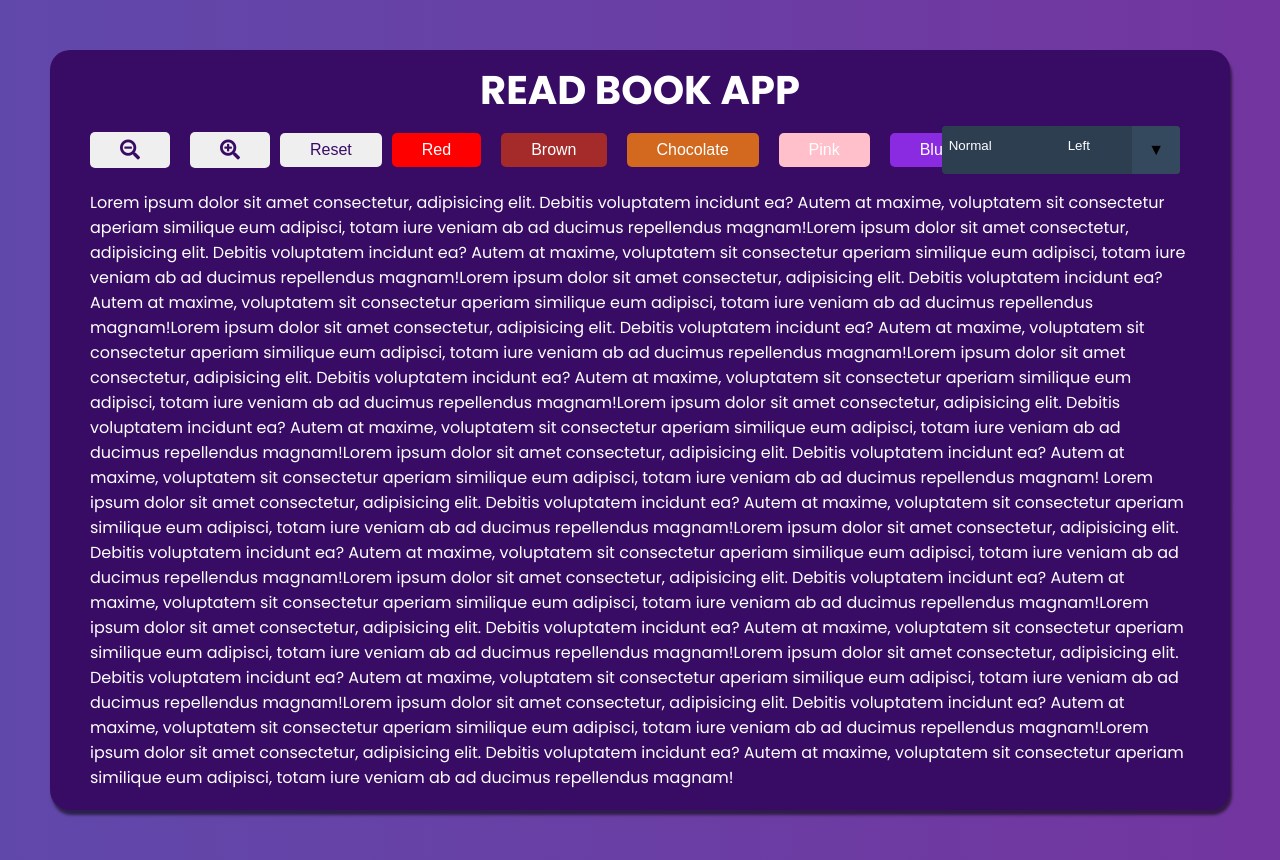
Repository: dinhconglam2306/frontend_tu_xa
Page: b09/02-reading-info/index.html
These files come from the project's save history. The page is drawn as it stood at one moment and after the next save; the edit follows.
The browser window is 1280 px wide. The pictures show the whole page.
Some web libraries are served in a nearby version. The style sheet was rebuilt from its Sass, Less or Tailwind sources for each picture, by a compiler version that may differ from the author's.

Above is the page before, as saved 2021-04-25 07:31:41.

### b09/02-reading-info/index.html
<!DOCTYPE html>
<html lang="en">
  <head>
    <meta charset="UTF-8" />
    <meta http-equiv="X-UA-Compatible" content="IE=edge" />
    <meta name="viewport" content="width=device-width, initial-scale=1.0" />
    <title>Document</title>
    <link rel="stylesheet" href="css/style.css" />
    <link
      rel="stylesheet"
      href="https://pro.fontawesome.com/releases/v5.10.0/css/all.css"
      integrity="sha384-AYmEC3Yw5cVb3ZcuHtOA93w35dYTsvhLPVnYs9eStHfGJvOvKxVfELGroGkvsg+p"
      crossorigin="anonymous"
    />
    <link rel="preconnect" href="https://fonts.gstatic.com" />
    <link
      href="https://fonts.googleapis.com/css2?family=Poppins:wght@100;300;400;500;700&display=swap"
      rel="stylesheet"
    />
  </head>
  <body>
    <div class="app">
      <h1 class="app__title">Read Book App</h1>
      <div class="app-controls">
        <div class="app-controls-zoom">
          <button class="app-controls-zoom__button" data-value="zoom-in">
            <i class="fas fa-search-minus app-controls-zoom__button-icon"></i>
          </button>
          <button class="app-controls-zoom__button" data-value="zoom-out">
            <i class="fas fa-search-plus app-controls-zoom__button-icon"></i>
          </button>
        </div>

        <div class="app-controls-bg">
          <button class="app-controls-bg__reset">Reset</button>
          <button
            class="app-controls-bg__color app-controls-bg__color-red"
            data-color="red"
          >
            Red
          </button>
          <button
            class="app-controls-bg__color app-controls-bg__color-brown"
            data-color="brown"
          >
            Brown
          </button>
          <button
            class="app-controls-bg__color app-controls-bg__color-yellow"
            data-color="chocolate"
          >
            Chocolate
          </button>
          <button
            class="app-controls-bg__color app-controls-bg__color-pink"
            data-color="pink"
          >
            Pink
          </button>
          <button
            class="app-controls-bg__color app-controls-bg__color-blueviolet"
            data-color="blueviolet"
          >
            Blueviolet
          </button>
        </div>

        <div class="select">
          <select name="size" class="app-controls-select__lineheight select">
            <option value="0.8">Narrow</option>
            <option value="1" selected>Normal</option>
            <option value="2">Large</option>
          </select>
          <select
            name="text-align"
            class="app-controls-select__textalign select"
          >
            <option value="left" selected>Left</option>
            <option value="center">Center</option>
            <option value="right">Right</option>
            <option value="justify">Justify</option>
          </select>
        </div>
      </div>
      <div class="app-content" style="font-size: 16px">
        <p>
          Lorem ipsum dolor sit amet consectetur, adipisicing elit. Debitis
          voluptatem incidunt ea? Autem at maxime, voluptatem sit consectetur
          aperiam similique eum adipisci, totam iure veniam ab ad ducimus
          repellendus magnam!Lorem ipsum dolor sit amet consectetur, adipisicing
          elit. Debitis voluptatem incidunt ea? Autem at maxime, voluptatem sit
          consectetur aperiam similique eum adipisci, totam iure veniam ab ad
          ducimus repellendus magnam!Lorem ipsum dolor sit amet consectetur,
          adipisicing elit. Debitis voluptatem incidunt ea? Autem at maxime,
          voluptatem sit consectetur aperiam similique eum adipisci, totam iure
          veniam ab ad ducimus repellendus magnam!Lorem ipsum dolor sit amet
          consectetur, adipisicing elit. Debitis voluptatem incidunt ea? Autem
          at maxime, voluptatem sit consectetur aperiam similique eum adipisci,
          totam iure veniam ab ad ducimus repellendus magnam!Lorem ipsum dolor
          sit amet consectetur, adipisicing elit. Debitis voluptatem incidunt
          ea? Autem at maxime, voluptatem sit consectetur aperiam similique eum
          adipisci, totam iure veniam ab ad ducimus repellendus magnam!Lorem
          ipsum dolor sit amet consectetur, adipisicing elit. Debitis voluptatem
          incidunt ea? Autem at maxime, voluptatem sit consectetur aperiam
          similique eum adipisci, totam iure veniam ab ad ducimus repellendus
          magnam!Lorem ipsum dolor sit amet consectetur, adipisicing elit.
          Debitis voluptatem incidunt ea? Autem at maxime, voluptatem sit
          consectetur aperiam similique eum adipisci, totam iure veniam ab ad
          ducimus repellendus magnam! Lorem ipsum dolor sit amet consectetur,
          adipisicing elit. Debitis voluptatem incidunt ea? Autem at maxime,
          voluptatem sit consectetur aperiam similique eum adipisci, totam iure
          veniam ab ad ducimus repellendus magnam!Lorem ipsum dolor sit amet
          consectetur, adipisicing elit. Debitis voluptatem incidunt ea? Autem
          at maxime, voluptatem sit consectetur aperiam similique eum adipisci,
          totam iure veniam ab ad ducimus repellendus magnam!Lorem ipsum dolor
          sit amet consectetur, adipisicing elit. Debitis voluptatem incidunt
          ea? Autem at maxime, voluptatem sit consectetur aperiam similique eum
          adipisci, totam iure veniam ab ad ducimus repellendus magnam!Lorem
          ipsum dolor sit amet consectetur, adipisicing elit. Debitis voluptatem
          incidunt ea? Autem at maxime, voluptatem sit consectetur aperiam
          similique eum adipisci, totam iure veniam ab ad ducimus repellendus
          magnam!Lorem ipsum dolor sit amet consectetur, adipisicing elit.
          Debitis voluptatem incidunt ea? Autem at maxime, voluptatem sit
          consectetur aperiam similique eum adipisci, totam iure veniam ab ad
          ducimus repellendus magnam!Lorem ipsum dolor sit amet consectetur,
          adipisicing elit. Debitis voluptatem incidunt ea? Autem at maxime,
          voluptatem sit consectetur aperiam similique eum adipisci, totam iure
          veniam ab ad ducimus repellendus magnam!Lorem ipsum dolor sit amet
          consectetur, adipisicing elit. Debitis voluptatem incidunt ea? Autem
          at maxime, voluptatem sit consectetur aperiam similique eum adipisci,
          totam iure veniam ab ad ducimus repellendus magnam!
        </p>
      </div>
    </div>
    <script src="js/jquery-3.6.0.min.js"></script>
    <script src="js/main.js"></script>
  </body>
</html>

### b09/02-reading-info/js/main.js
$(document).ready(function () {
  let areaContent = $(".app-content");
  let btnZoom = $(".app-controls-zoom__button");
  let btnColor = $(".app-controls-bg__color");
  let selectLineheight = $(".app-controls-select__lineheight");
  let textAlign = $(".app-controls-select__textalign");

  let config = JSON.parse(localStorage.getItem("READING_INFO"));
  if (config) {
    areaContent.css("background-color", config.bgColor);
    areaContent.css("font-size", config.fontSize + "px");
    areaContent.css("text-align", config.position);
    areaContent.css("line-height", config.lineHeight);
  } else {
    config = {
      bgColor: "#380c65",
      lineHeight: 1,
      position: "right",
      fontSize: 12,
    };
    localStorage.setItem("READING_INFO", JSON.stringify(config));
  }

  /*------------RESET - START---------*/

  $(".app-controls-bg__reset").click(function () {
    // localStorage.removeItem("READING_INFO");
    areaContent.css("background-color", "#380c65");
    areaContent.css("line-height", 1);
    areaContent.css("text-align", "center");
    areaContent.css("font-size", 16);
  });

  /*------------FONTSIZE - START---------*/
  const incrementFontsize = 1;
  btnZoom.on("click", function () {
    let fontSize = parseFloat($(".app-content").css("font-size"));
    let value = $(this).data("value");
    if (value == "zoom-out") {
      fontSize += incrementFontsize;
    } else if (value == "zoom-in") {
      fontSize -= incrementFontsize;
    }
    areaContent.css("font-size", fontSize + "px");
    config.fontSize = fontSize;
    localStorage.setItem("READING_INFO", JSON.stringify(config));
  });
  /*------------FONTSIZE - END---------*/

  /*------------BACKGROUND-COLOR - START---------*/
  btnColor.click(function () {
    let color = $(this).data("color");
    areaContent.css("background-color", color);
    config.bgColor = color;
    localStorage.setItem("READING_INFO", JSON.stringify(config));
  });
  /*------------BACKGROUND-COLOR - END---------*/

  /*------------LINE-HEIGHT - START---------*/
  selectLineheight.change(function () {
    let lineheight = selectLineheight.val();
    areaContent.css("line-height", lineheight);
    config.lineHeight = lineheight;
    localStorage.setItem("READING_INFO", JSON.stringify(config));
  });
  /*------------LINE-HEIGHT - END---------*/

  /*------------TEXT-ALIGN - START---------*/
  textAlign.change(function () {
    let position = textAlign.val();
    areaContent.css("text-align", position);
    config.position = position;
    localStorage.setItem("READING_INFO", JSON.stringify(config));
  });
  /*------------TEXT-ALIGN - END---------*/
});

### b09/02-reading-info/style.scss
@mixin size($width, $height: $width) {
  width: $width;
  height: $height;
}
@mixin flexbox(
  $align: flex-start,
  $justify: flex-start,
  $flex-direction: row,
  $wrap: nowrap
) {
  display: flex;
  align-items: $align;
  justify-content: $justify;
  flex-direction: $flex-direction;
  flex-wrap: $wrap;
}
* {
  margin: 0px;
  padding: 0px;
  box-sizing: border-box;
}
html {
  font-size: 62.5%;
}
body {
  padding: 5rem;
  font-size: 1.6rem;
  font-family: "Poppins", sans-serif;
  font-weight: normal;
  display: flex;
  align-items: center;
  justify-content: center;
  background-image: linear-gradient(to right, #6048aa, #73359f);
}
select {
  -webkit-appearance: none;
  -moz-appearance: none;
  -ms-appearance: none;
  appearance: none;
  outline: 0;
  box-shadow: none;
  border: 0 !important;
  background: #2c3e50;
  background-image: none;
}
select::-ms-expand {
  display: none;
}
a {
  text-decoration: none;
}
img {
  display: block;
  max-width: 100%;
}
.select {
  position: relative;
  display: flex;
  width: 20em;
  height: 3em;
  line-height: 3;
  background: #2c3e50;
  overflow: hidden;
  border-radius: 0.25em;
  margin-right: 2rem;
}
select {
  flex: 1;
  padding: 0 0.5em;
  color: #fff;
  cursor: pointer;
}
.select::after {
  content: "\25BC";
  position: absolute;
  top: 0;
  right: 0;
  padding: 0 1em;
  background: #34495e;
  cursor: pointer;
  pointer-events: none;
  -webkit-transition: 0.25s all ease;
  -o-transition: 0.25s all ease;
  transition: 0.25s all ease;
}
.select:hover::after {
  color: #f39c12;
}
.app {
  display: flex;
  flex-direction: column;
  align-items: center;
  justify-content: center;
  width: 100vw;
  background-color: #380c65;
  overflow: hidden;
  padding: 1rem;
  border-radius: 2rem;
  box-shadow: 2px 5px 3px rgba(0, 0, 0, 0.548);
  &__title {
    color: white;
    font-size: 4rem;
    text-transform: uppercase;
  }
  &-controls {
    display: flex;
    align-items: center;
    justify-content: space-between;
    width: 100%;
    height: 6rem;
    padding: 0 2rem;
    &-zoom {
      width: calc(20% - 1rem);
      display: flex;
      align-items: center;
      &__button {
        padding: 0.8rem 3rem;
        border: 0;
        margin: 1rem;
        border-radius: 0.5rem;
        cursor: pointer;
        display: flex;
        justify-content: center;
        align-items: center;
        color: #380c65;
        &:hover {
          background-color: #6508c2;
          color: white;
        }
        &:active {
          transform: scale(0.98);
        }
        &-icon {
          font-size: 2rem;
        }
      }
    }
    &-bg {
      width: calc(60% - 1rem);
      display: flex;
      align-items: center;
      justify-content: space-between;
      &__reset {
        padding: 0.8rem 3rem;
        border: 0;
        border-radius: 0.5rem;
        cursor: pointer;
        color: #380c65;
        font-size: 1.6rem;
        &:active {
          transform: scale(0.98);
        }
      }
      &__color {
        padding: 0.8rem 3rem;
        border: 0;
        margin: 1rem;
        border-radius: 0.5rem;
        cursor: pointer;
        display: flex;
        justify-content: center;
        align-items: center;
        color: #380c65;
        font-size: 1.6rem;
        &-red {
          background-color: red;
          color: white;
          &:active {
            transform: scale(0.98);
          }
        }
        &-aqua {
          background-color: aqua;
          color: white;
          &:active {
            transform: scale(0.98);
          }
        }
        &-yellow {
          background-color: chocolate;
          color: white;
          &:active {
            transform: scale(0.98);
          }
        }
        &-brown {
          background-color: brown;
          color: white;
          &:active {
            transform: scale(0.98);
          }
        }
        &-pink {
          background-color: pink;
          color: white;
          &:active {
            transform: scale(0.98);
          }
        }
        &-blueviolet {
          background-color: blueviolet;
          color: white;
          &:active {
            transform: scale(0.98);
          }
        }
      }
    }
    &-select {
      width: calc(20% - 1rem);
    }
  }
  &-content {
    color: white;
    padding: 1rem 3rem;
    border-radius: 1rem;
  }
}

Loaded but not shown: b09/02-reading-info/js/jquery-3.6.0.min.js (library)

After the next save:
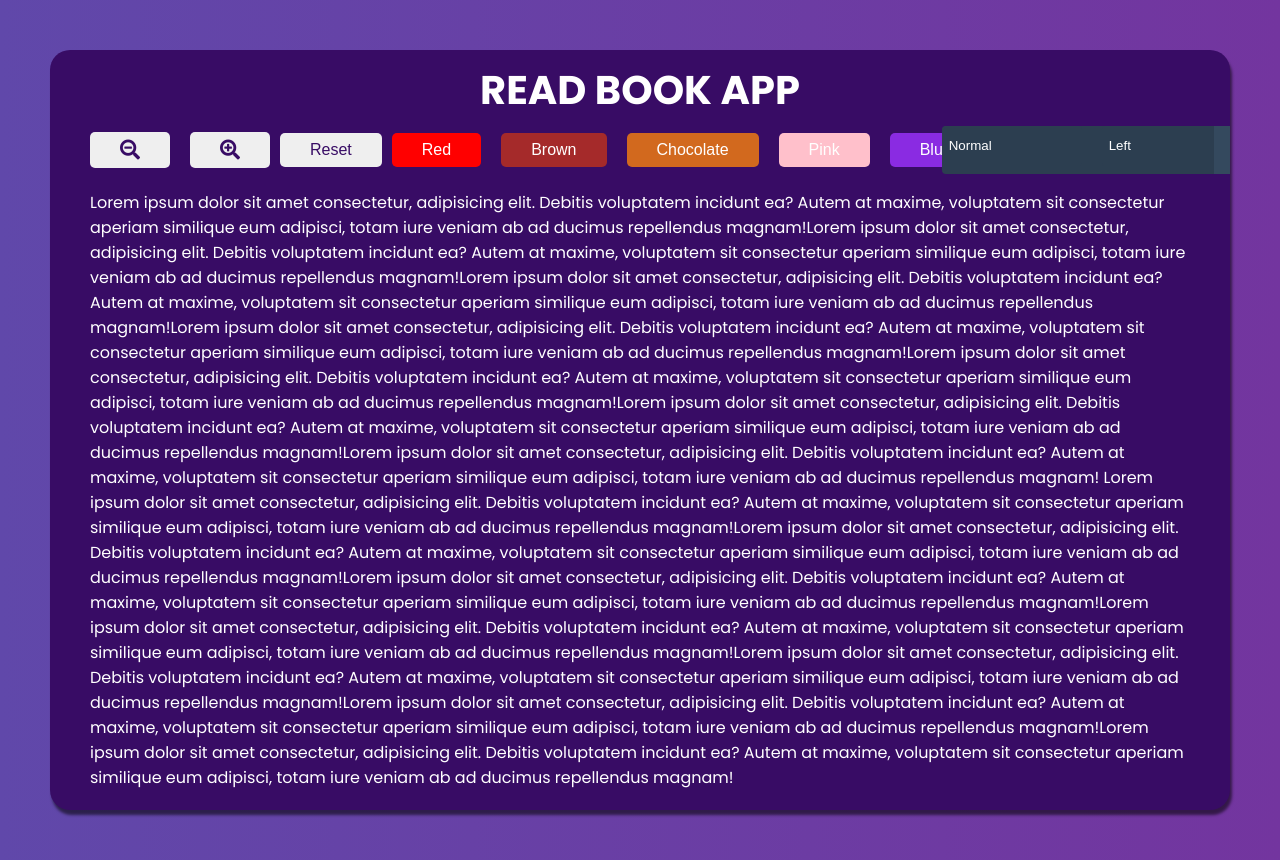
Saved 2 min 13 s later.
--- a/b09/02-reading-info/index.html
+++ b/b09/02-reading-info/index.html
@@ -64,22 +64,23 @@
             Blueviolet
           </button>
         </div>
-
-        <div class="select">
-          <select name="size" class="app-controls-select__lineheight select">
-            <option value="0.8">Narrow</option>
-            <option value="1" selected>Normal</option>
-            <option value="2">Large</option>
-          </select>
-          <select
-            name="text-align"
-            class="app-controls-select__textalign select"
-          >
-            <option value="left" selected>Left</option>
-            <option value="center">Center</option>
-            <option value="right">Right</option>
-            <option value="justify">Justify</option>
-          </select>
+        <div>
+          <div class="select">
+            <select name="size" class="app-controls-select__lineheight select">
+              <option value="0.8">Narrow</option>
+              <option value="1" selected>Normal</option>
+              <option value="2">Large</option>
+            </select>
+            <select
+              name="text-align"
+              class="app-controls-select__textalign select"
+            >
+              <option value="left" selected>Left</option>
+              <option value="center">Center</option>
+              <option value="right">Right</option>
+              <option value="justify">Justify</option>
+            </select>
+          </div>
         </div>
       </div>
       <div class="app-content" style="font-size: 16px">
